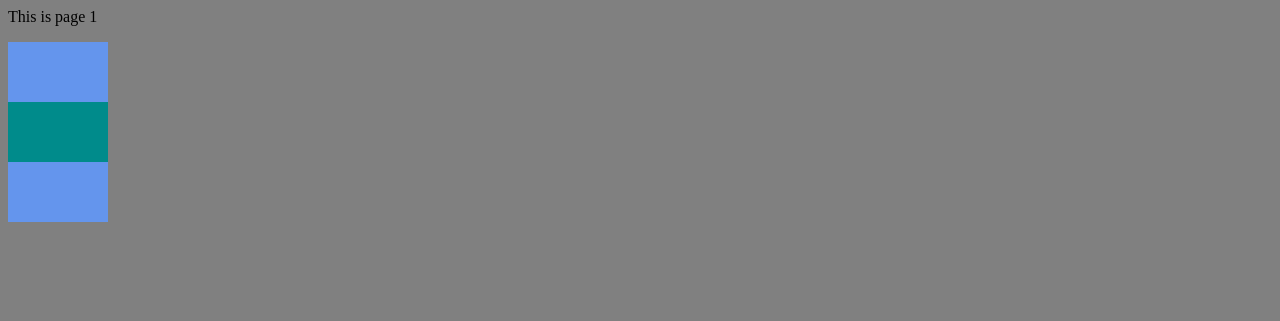
Repository: hanj291/hanj291.github.io
Page: page1.html
The author's editor kept a record of every edit. The page is drawn from the files as they stood at one moment, then again after the next edit.
The browser window is 1280 px wide. The pictures show the whole page.

Above is the page before.

After the next edit:
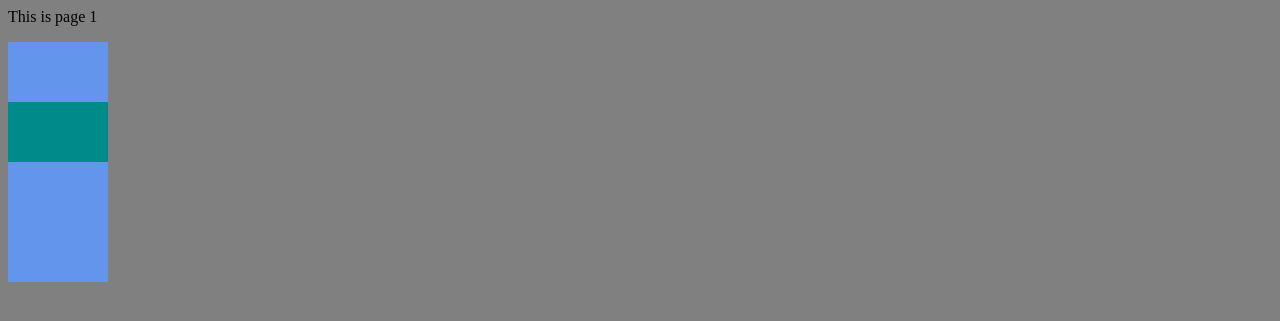
The edit:
--- a/page1css.css
+++ b/page1css.css
@@ -28,3 +28,12 @@
 .three:hover {
     background-color: #008B8B;
 }
+.four {
+    width: 100px;
+    height: 60px;
+    background-color: #6495ED;
+    position: relative;
+}
+.one:hover {
+    background-color: #008B8B;
+}

After the 2 edits that followed:
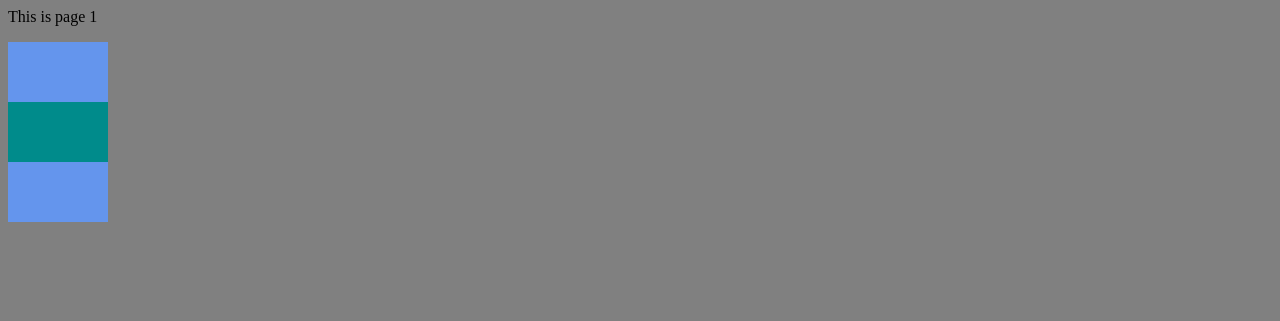
The 2 edits are shown as one change because 1 left the picture as it was.
The edit:
--- a/page1css.css
+++ b/page1css.css
@@ -31,9 +31,9 @@
 .four {
     width: 100px;
     height: 60px;
-    background-color: #6495ED;
+    background-color: ;
     position: relative;
 }
-.one:hover {
+.four:hover {
     background-color: #008B8B;
 }
